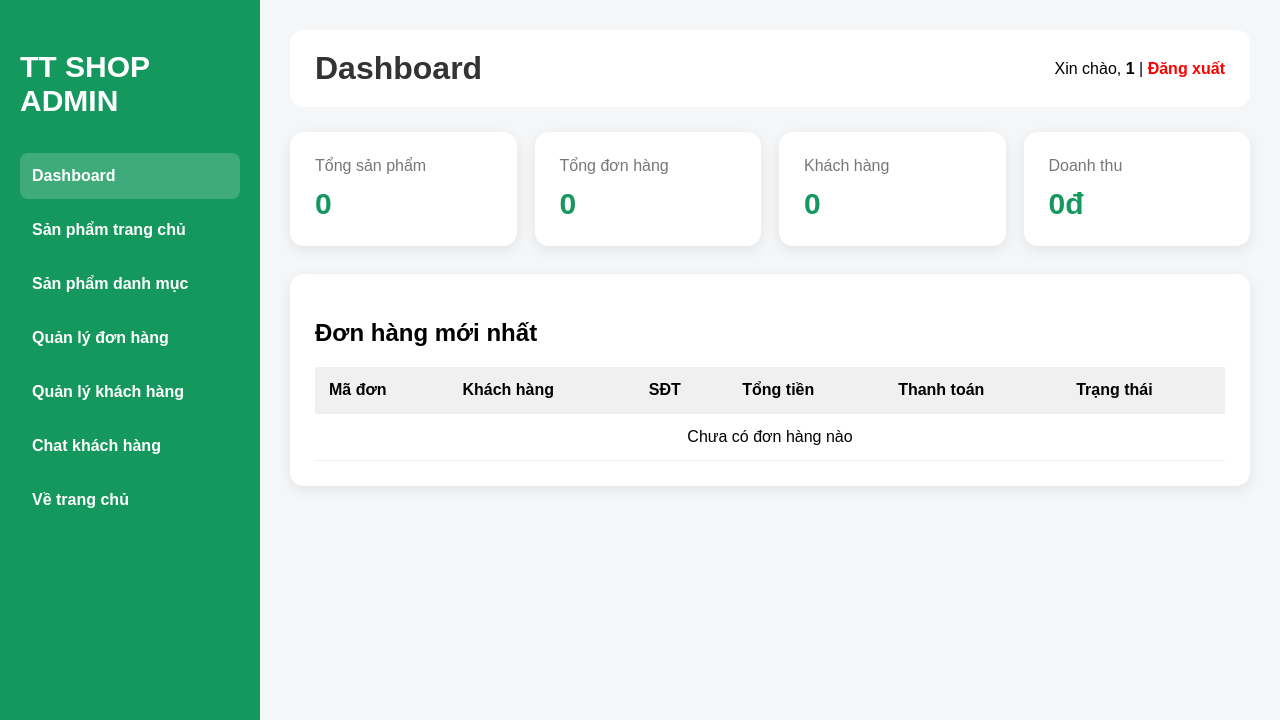
Repository: chuthimytam9a1920-ai/TTSHOP
Page: http://localhost/admin/index.php
An editor plug-in stored every save of this project. The page is shown before and after the next save, followed by the edit.
The browser window is 1280 px wide. The pictures show the whole page.
The page is run by PHP 8.4 with error messages shown; the project is at /var/www/html/. The session is filled in as if someone had signed in: {"admin_login": true, "admin_id": 1, "admin_name": 1}. Queries for data that is not in the repository find no rows.

Above is the page before, as saved 2026-05-20 22:29:51.

After the next save:
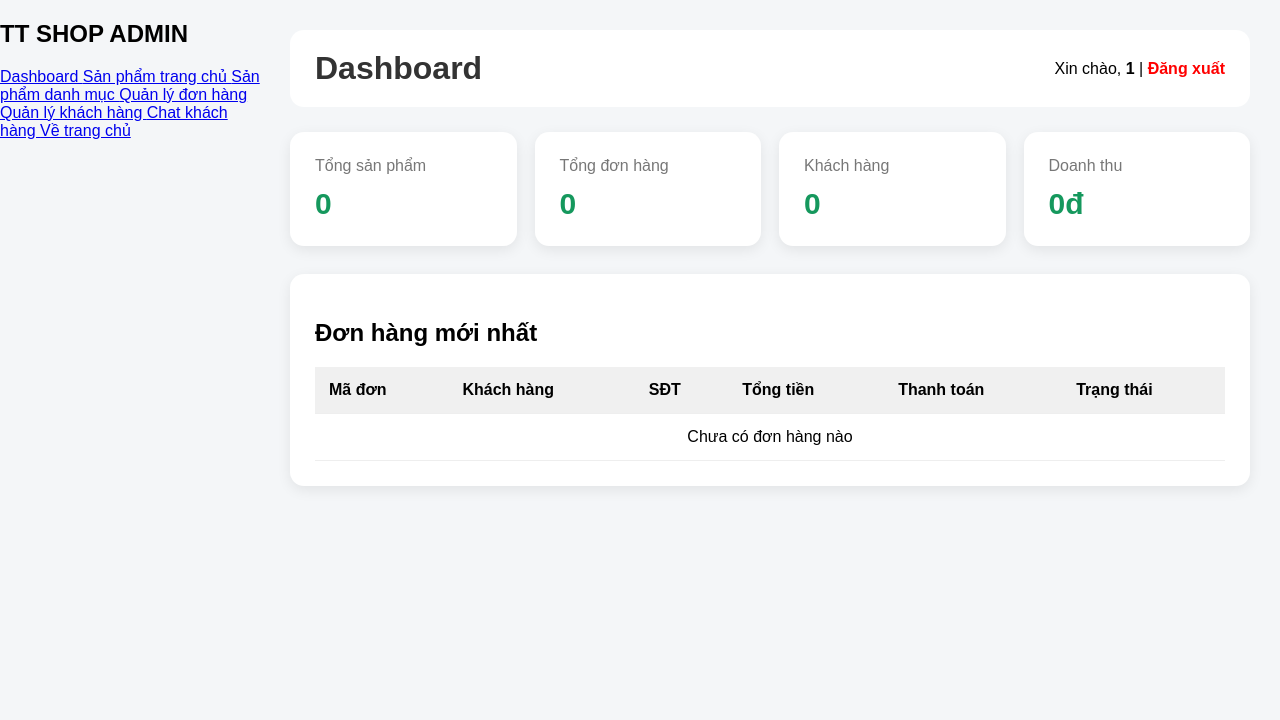
Saved 9 h 54 min later.
--- a/admin/index.php
+++ b/admin/index.php
@@ -7,28 +7,39 @@ $userCount = 0;
 $orderCount = 0;
 $revenue = 0;
 
+/* Tổng sản phẩm */
 $result = mysqli_query($conn, "SELECT COUNT(*) AS total FROM products");
 if ($row = mysqli_fetch_assoc($result)) {
-    $productCount = $row['total'];
-}
-
+    $productCount = (int)$row['total'];
+}
+
+/* Tổng khách hàng */
 $result = mysqli_query($conn, "SELECT COUNT(*) AS total FROM users");
 if ($row = mysqli_fetch_assoc($result)) {
-    $userCount = $row['total'];
-}
-
+    $userCount = (int)$row['total'];
+}
+
+/* Tổng đơn hàng */
 $result = mysqli_query($conn, "SELECT COUNT(*) AS total FROM donhang");
 if ($row = mysqli_fetch_assoc($result)) {
-    $orderCount = $row['total'];
-}
-
-$result = mysqli_query($conn, "SELECT SUM(tong_cong) AS total FROM donhang");
-if ($row = mysqli_fetch_assoc($result)) {
-    $revenue = $row['total'] ?? 0;
-}
-
+    $orderCount = (int)$row['total'];
+}
+
+/* Doanh thu: chỉ tính đơn hàng đã giao */
+$result = mysqli_query($conn, "
+    SELECT COALESCE(SUM(tong_cong), 0) AS total
+    FROM donhang
+    WHERE trang_thai = 'Đã giao'
+");
+
+if ($row = mysqli_fetch_assoc($result)) {
+    $revenue = (int)$row['total'];
+}
+
+/* Đơn hàng mới nhất */
 $recentOrders = mysqli_query($conn, "
-    SELECT * FROM donhang
+    SELECT *
+    FROM donhang
     ORDER BY id DESC
     LIMIT 8
 ");
@@ -52,32 +63,6 @@ $recentOrders = mysqli_query($conn, "
             min-height: 100vh;
         }
 
-        .sidebar {
-            background: #15985d;
-            color: white;
-            padding: 25px 20px;
-        }
-
-        .sidebar h2 {
-            font-size: 30px;
-            margin-bottom: 35px;
-        }
-
-        .sidebar a {
-            display: block;
-            color: white;
-            text-decoration: none;
-            padding: 14px 12px;
-            border-radius: 8px;
-            margin-bottom: 8px;
-            font-weight: bold;
-        }
-
-        .sidebar a:hover,
-        .sidebar a.active {
-            background: rgba(255,255,255,0.18);
-        }
-
         .main {
             padding: 30px;
         }
@@ -158,6 +143,7 @@ $recentOrders = mysqli_query($conn, "
             border-radius: 20px;
             font-weight: bold;
             font-size: 13px;
+            display: inline-block;
         }
 
         @media (max-width: 1000px) {
@@ -175,16 +161,18 @@ $recentOrders = mysqli_query($conn, "
 
 <div class="admin-layout">
 
-<?php
-$page = "dashboard";
-include "sidebar.php";
-?>
+    <?php
+    $page = "dashboard";
+    include "sidebar.php";
+    ?>
+
     <main class="main">
 
         <div class="topbar">
             <h1>Dashboard</h1>
             <div>
-                Xin chào, <b><?php echo htmlspecialchars($_SESSION['admin_name']); ?></b>
+                Xin chào,
+                <b><?php echo htmlspecialchars($_SESSION['admin_name'] ?? 'TT SHOP ADMIN'); ?></b>
                 |
                 <a href="logout.php" class="logout">Đăng xuất</a>
             </div>
@@ -234,7 +222,7 @@ include "sidebar.php";
                                 <td><?php echo htmlspecialchars($order['ma_don']); ?></td>
                                 <td><?php echo htmlspecialchars($order['ho_ten']); ?></td>
                                 <td><?php echo htmlspecialchars($order['sdt']); ?></td>
-                                <td><?php echo number_format($order['tong_cong'], 0, ',', '.'); ?>đ</td>
+                                <td><?php echo number_format((int)$order['tong_cong'], 0, ',', '.'); ?>đ</td>
                                 <td><?php echo htmlspecialchars($order['phuong_thuc']); ?></td>
                                 <td>
                                     <span class="status">
@@ -245,7 +233,9 @@ include "sidebar.php";
                         <?php } ?>
                     <?php } else { ?>
                         <tr>
-                            <td colspan="6" style="text-align:center;">Chưa có đơn hàng nào</td>
+                            <td colspan="6" style="text-align:center;">
+                                Chưa có đơn hàng nào
+                            </td>
                         </tr>
                     <?php } ?>
                 </tbody>
